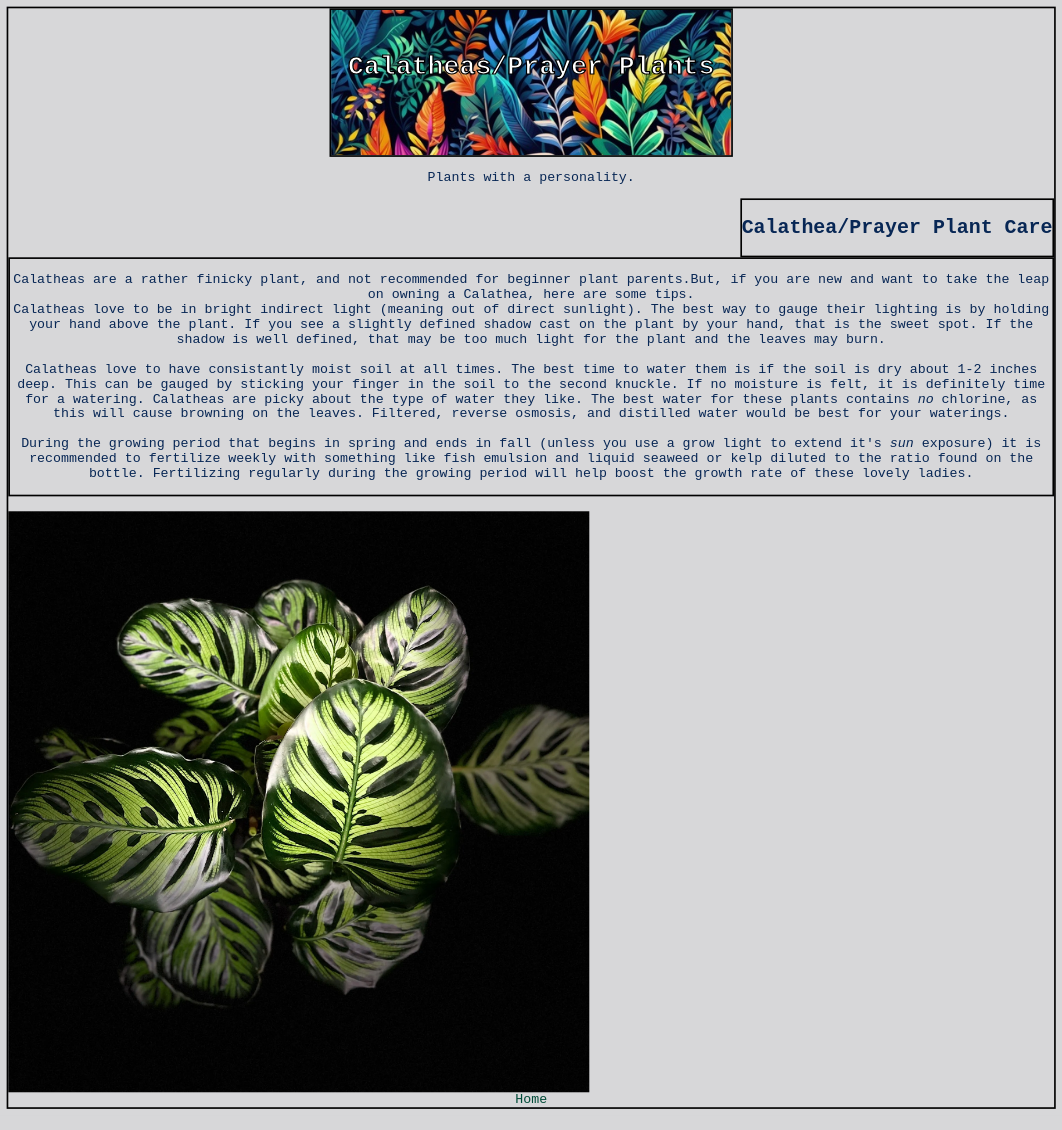
Repository: swillis91/odin-recipies
Page: Planty Page/calatheas.html
An editor plug-in stored every save of this project. The page is shown before and after the next save, followed by the edit.
The browser window is 1280 px wide. The pictures show the whole page, at 83% of full size.

Above is the page before, as saved 2023-08-14 23:23:21.

After the next save:
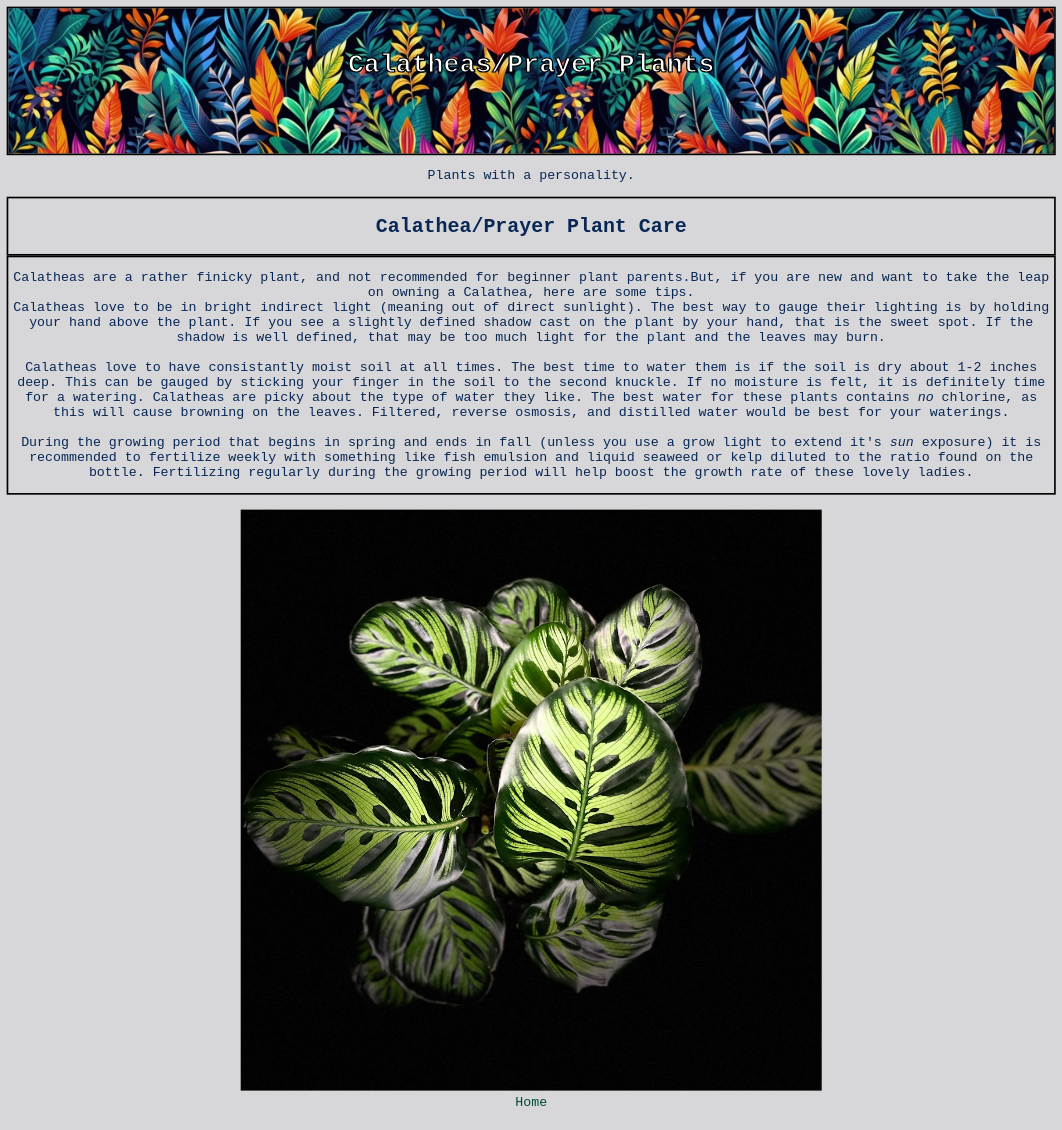
Saved 10 s later.
--- a/Planty Page/calatheas.html
+++ b/Planty Page/calatheas.html
@@ -5,8 +5,7 @@
             <link href="style.css" rel="stylesheet"
         </head>
         <body>
-            <div class="box">
-                <h1 class="heading"><b>Calatheas/Prayer Plants</b></h1>
+            <h1 class="heading"><b>Calatheas/Prayer Plants</b></h1>
               <p>Plants with a personality.</p>
             <div class="box">
                 <h2 class="species">Calathea/Prayer Plant Care</h2>
